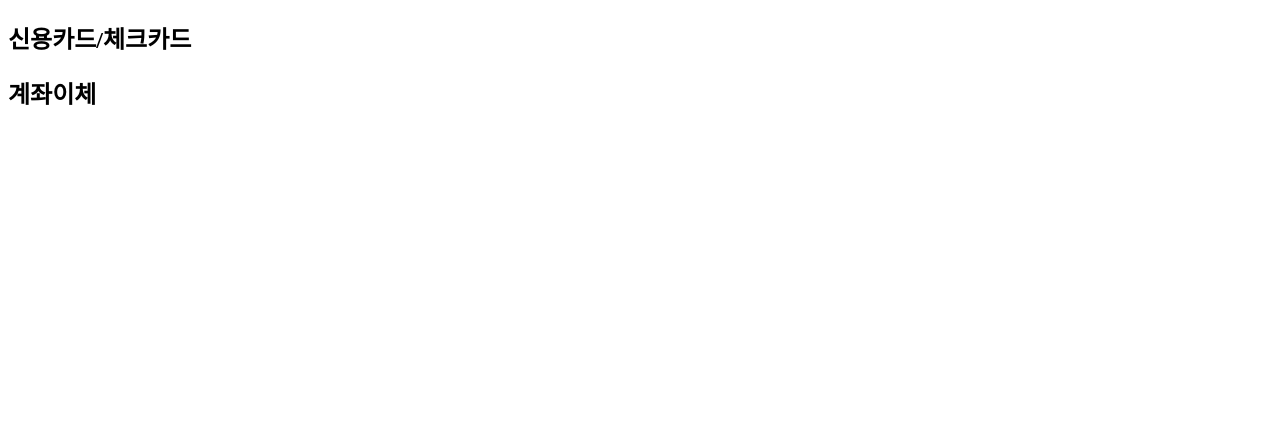
Repository: minho0324/directInsurance
Page: http://localhost/directClone/direct/payment
An editor plug-in stored every save of this project. The page is shown before and after the next save, followed by the edit.
The browser window is 1280 px wide. The pictures show the whole page.
The page is served by Tomcat 9.

Above is the page before, as saved 2021-11-18 04:28:02.

After the next save:
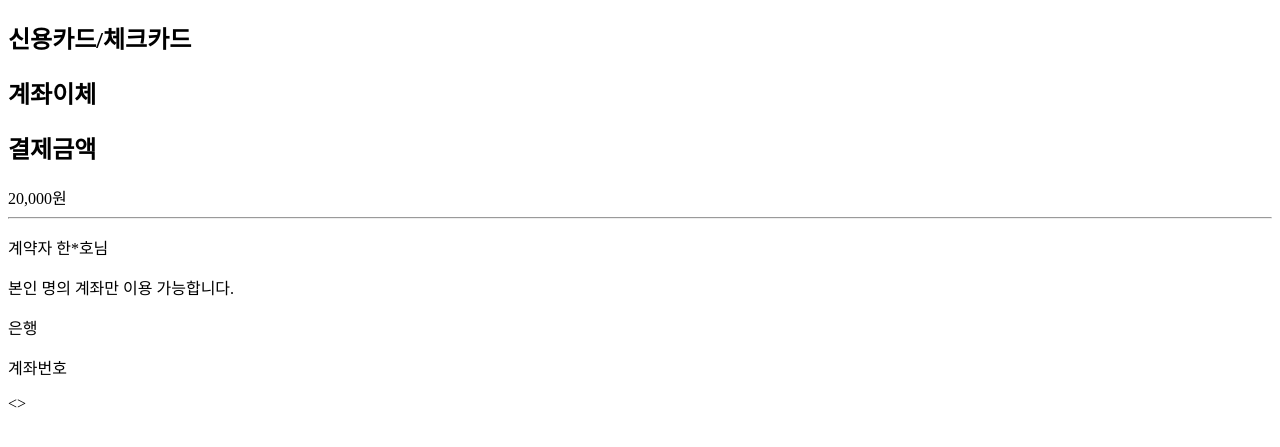
Saved 7 min 28 s later.
--- a/directClone/src/main/webapp/WEB-INF/views/payment.jsp
+++ b/directClone/src/main/webapp/WEB-INF/views/payment.jsp
@@ -20,6 +20,31 @@
 					<h2>계좌이체</h2>
 				</div>
 			</div>
+			<div class="amountChk_form">
+				<div class="amountChk">
+					<h2>결제금액</h2>
+					<div class="amount">
+						<span>20,000원</span>
+					</div>
+				</div>
+				<hr>
+				<div class="detailChk">
+					<div class="name"><p>계약자 한*호님</p></div><p>본인 명의 계좌만 이용 가능합니다.</p>
+				</div>
+				<div class="bank">
+					<div class="bank_info">
+						<p>은행</p>
+						<p>계좌번호</p>
+					</div>
+					<div class="bank_info_detail">
+						<div class="bank_name">
+							<label for="">
+								<>
+							</label>
+						</div>
+					</div>
+				</div>
+			</div>
 		</div>
 	</div>
 
